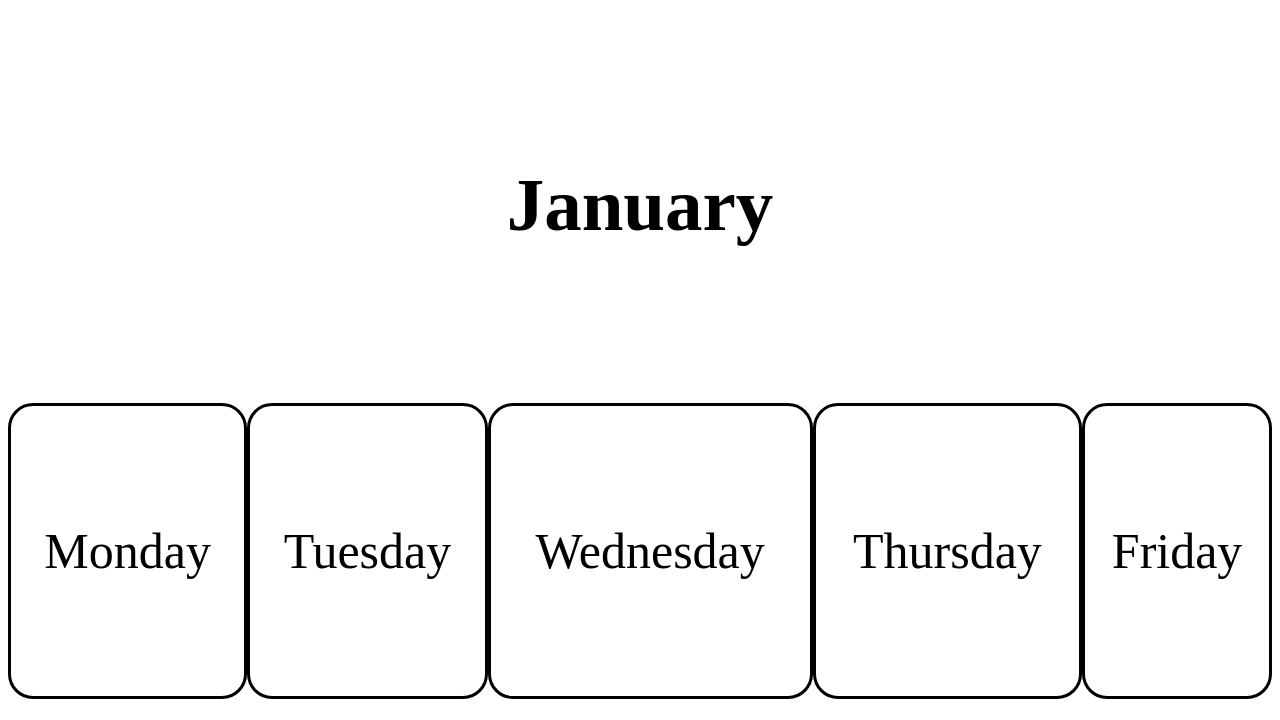
Repository: shleewhite/missionBitCalendar
Page: views/aug.html
The author's editor kept a record of every edit. The page is drawn from the files as they stood at one moment, then again after the next edit.
The browser window is 1280 px wide. The pictures show the whole page.

Above is the page before.

After the next edit:
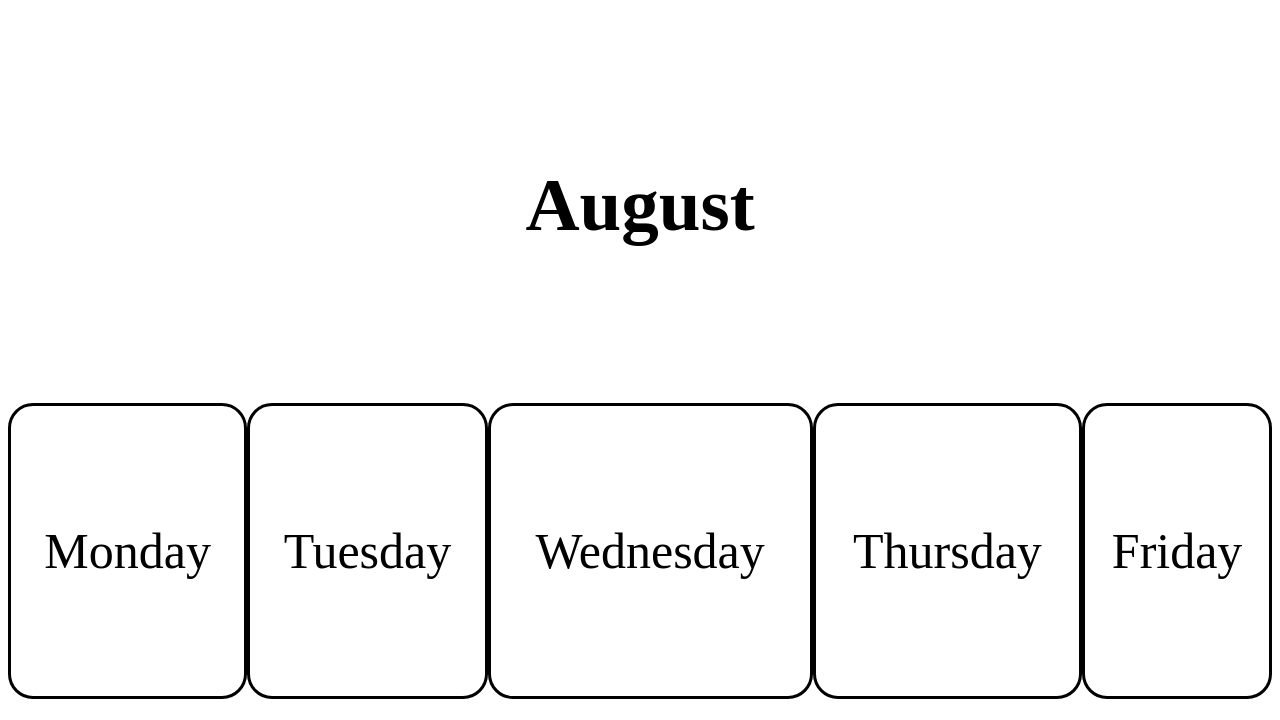
The edit:
--- a/views/aug.html
+++ b/views/aug.html
@@ -4,7 +4,7 @@
     <head></head>
     <body>
         <table id="monthTable">
-                <th class="monthHeader" colspan="5">January</th>
+                <th class="monthHeader" colspan="5">August</th>
             <tr>
                 <td class="weekday">Monday</td>
                 <td class="weekday">Tuesday</td>
